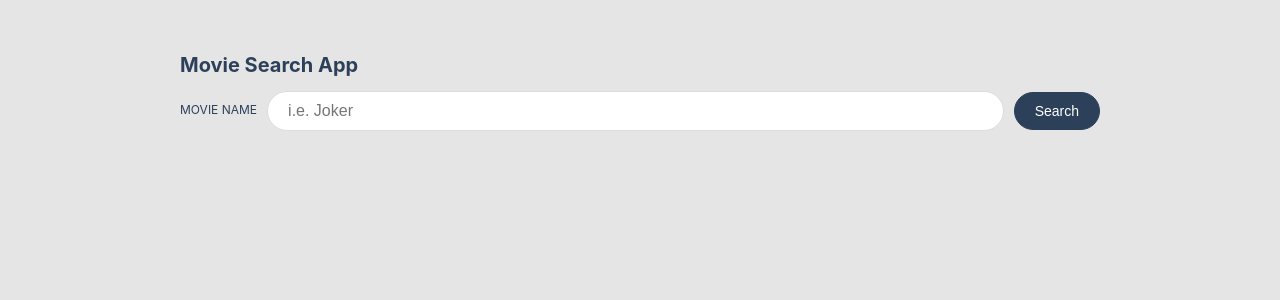
Repository: alialshara94/Movies-Search-React
Page: /
These files come from the project's save history. The page is drawn as it stood at one moment and after the next save; the edit follows.
The browser window is 1280 px wide. The pictures show the whole page.
The project was rebuilt for these pictures with package versions that can differ from the ones it lists, and the page was loaded fresh each time.

Above is the page before, as saved 2020-10-22 01:07:24.

### src/App.js
import React from 'react';
import './App.css';
import SearchMovies from './components/SearchMovies';

function App() {
  return (
    <div className="container">
      <h1>Movie Search App</h1>
      <SearchMovies/>
    </div>
  );
}

export default App;

### src/App.css
html {
  font-size: 10px;
}

* {
  box-sizing: border-box;
}

body {
  margin: 0;
  padding: 0;
  background-color: #e5e5e5;
  color: #2d4059;
}

p {
  font-size: 1.6rem;
}

small {
  font-size: 1.2rem;
}

.container {
  margin: 0 auto;
  max-width:1000px;
  padding: 40px;
}

.title {
  font-size: 4.4rem;
  text-align: center
}

.form {
  display:grid;
}

.label {
  font-size: 1.2rem;
  margin-bottom: 0.2rem;
  text-transform: uppercase;
}

.input {
  font-size: 1.6rem;
  padding: 0.5rem 2rem;
  line-height: 2.8rem;
  border-radius: 20px;
  border: 1px solid #ddd;
  margin-bottom: 1rem;
}

.button {
  background-color: #2d4059;
  color: white;
  padding: 1rem 2rem;
  border: 1px solid #2d4059;
  border-radius: 20px;
  font-size: 1.4rem;
  cursor: pointer;
  transition: background-color 250ms;
}

.button:hover {
  background-color: #2d4059ce;
}

@media (min-width:786px){
  .form {
      grid-template-columns: auto 1fr auto;
      grid-gap: 1rem;
      align-items: center;
  }

  .input {
      margin-bottom: 0;
  }
}

.card-list {
  margin-top: 4rem;
}

.card {
  padding: 2rem 4rem;
  border-radius: 10px;
  box-shadow: 1px 1px 5px rgba(0, 0, 0, 0.349);
  margin-bottom: 2rem;
  background-color: rgb(255, 238, 238);
}

.card--title {
  margin-bottom: 0.5rem;
  font-size: 3.2rem;
}

.card--image {
  margin: 0 auto;
  display: block
}

### src/components/SearchMovies.js
import React, { useState } from 'react';
import MovieCard from './MovieCard';
// https://api.themoviedb.org/3/movie/550?api_key=7c00834b035c312442f00360919940b7
//
// https://api.themoviedb.org/3/search/company?api_key=<<api_key>>&query=a&page=1

const SearchMovies = () => {


    const [query, setQuery] = useState('');
    const [movies, setMovies] = useState([]);

    const searchMovies = async e => {
        e.preventDefault();
        console.log("ok");
        const api_key = "7c00834b035c312442f00360919940b7";
        const url = `https://api.themoviedb.org/3/search/movie?api_key=${api_key}&query=${query}&page=1`;

        try {
            const res = await fetch(url);
            const data = await res.json();
            setMovies(data.results);
        } catch (err) {
            console.error(err);
        }
    };

    const handleQuerySearch = e => {
        setQuery(e.target.value);
    }

    return (
        <div>
            <form className="form" onSubmit={searchMovies}>
                <label htmlFor="query" className="label">Movie Name</label>
                <input className="input" onChange={handleQuerySearch} value={query} type="text" name="query" placeholder="i.e. Joker" />
                <button type="submit" className="button">Search</button>
            </form>
            <MovieCard movies={movies}/>
        </div>
    );
}

export default SearchMovies;

### src/components/MovieCard.js
import React from 'react';

const MovieCard = ({movies}) => {
    return (
        <div className="card-list">
            {movies.filter(movie => movie.poster_path).map(movie => (
                <div className="card" key={movie.id}>
                    <img className="card--image"
                        src={`https://image.tmdb.org/t/p/w185_and_h278_bestv2/${movie.poster_path}`}
                        alt={movie.title + ' info'}
                    />
                    <div className="card--content">
                        <h3 className="card--title">{movie.title}</h3>
                        <p><small>RELEASE DATE: {movie.release_date}</small></p>
                        <p><small>RATING: {movie.vote_average}</small></p>
                        <p className="card--desc">{movie.overview}</p>
                    </div>
                </div>
            ))}
        </div>
    );
};

export default MovieCard;

Loaded but not shown: public/index.html (common file); src/index.js (common file); src/index.css (common file); src/serviceWorker.js (common file)

After the next save:
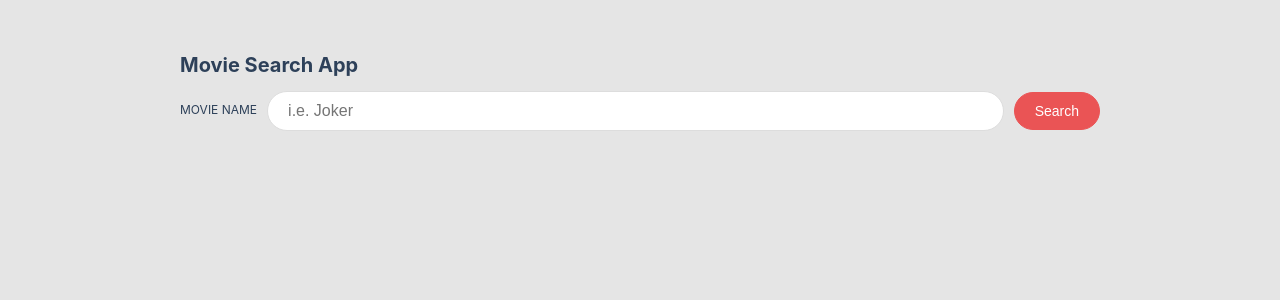
Saved 43 s later.
--- a/src/App.css
+++ b/src/App.css
@@ -52,10 +52,10 @@ small {
 }
 
 .button {
-  background-color: #2d4059;
+  background-color: #ea5455;
   color: white;
   padding: 1rem 2rem;
-  border: 1px solid #2d4059;
+  border: 1px solid #ea5455;
   border-radius: 20px;
   font-size: 1.4rem;
   cursor: pointer;
@@ -63,7 +63,7 @@ small {
 }
 
 .button:hover {
-  background-color: #2d4059ce;
+  background-color: #ea5455;
 }
 
 @media (min-width:786px){
